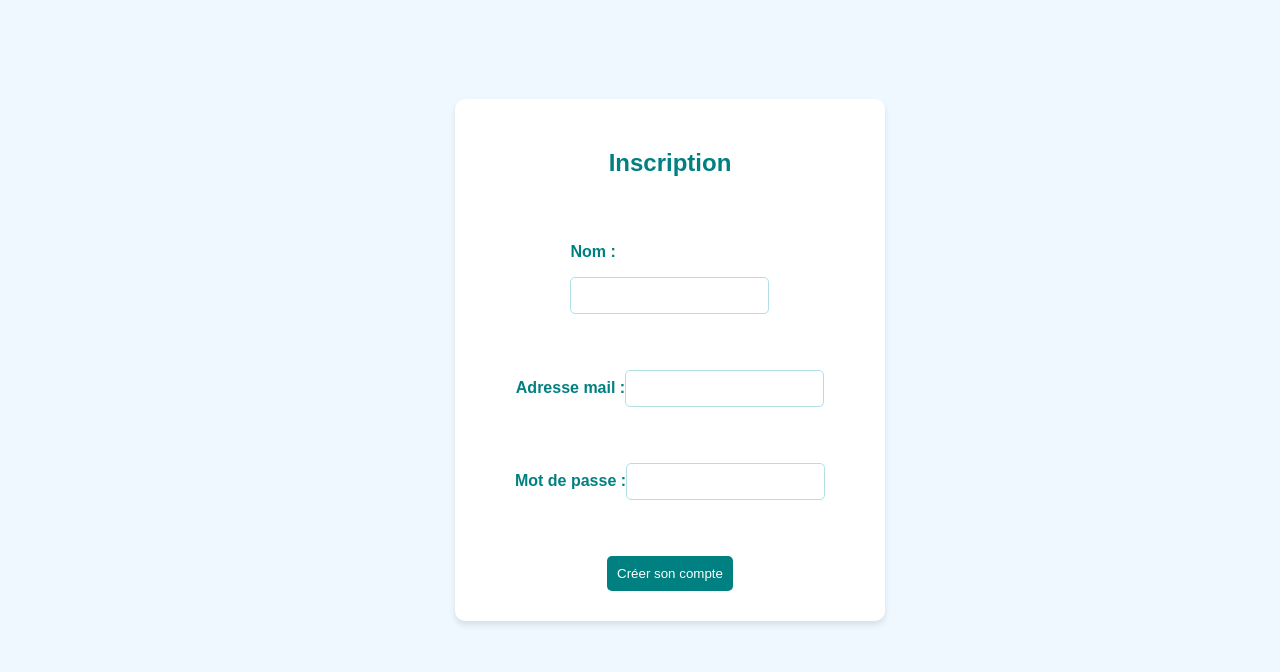
Repository: marwaouahouah1/OdysseyOfMemories
Page: /SignUpUser (app in frontend/)
The author's editor kept a copy of each file at every save. The page is drawn from the files as they stood at one save, then again after the next save.
The browser window is 1280 px wide. The pictures show the whole page.
The project was rebuilt for these pictures with package versions that can differ from the ones it lists, and the page was loaded fresh each time. Also part of the build but not shown: frontend/src/Connexion/Login.js, frontend/src/App.js, frontend/src/Profile/Profile.js.

Above is the page before, as saved 2023-04-01 17:41:50.

### frontend/src/index.js
import React from 'react';
import ReactDOM from 'react-dom/client';
import App from './App';
import reportWebVitals from './reportWebVitals';
import SignUpUser from './SignUp/SignUpUser';
import Login from './Connexion/Login';
import Profile from './Profile/Profile'
import { BrowserRouter, Routes, Route } from "react-router-dom";

const root = ReactDOM.createRoot(document.getElementById('root'));
root.render(
  <React.StrictMode>
    <BrowserRouter>
       <Routes>
        <Route path="/" element={<App/>} />
        <Route path="/SignUpUser" element={<SignUpUser/>}/>
        <Route path="/Login" element={<Login/>}/>
        <Route path="/Profile" element={<Profile/>}></Route>
      </Routes>
    </BrowserRouter>
  </React.StrictMode>
);

// If you want to start measuring performance in your app, pass a function
// to log results (for example: reportWebVitals(console.log))
// or send to an analytics endpoint. Learn more: https://bit.ly/CRA-vitals
reportWebVitals();

### frontend/src/SignUp/SignUpUser.js
import React, { useState } from 'react';
import "./signupuser.css"

function SignUpUser() {

  const [name, setName] = useState('');
  const [email, setEmail] = useState('');
  const [password, setPassword] = useState('');
  const [message, setMessage] = useState("");

  const handleSubmit = (event) => {
    event.preventDefault();
    fetch('SignUpUser', {
      method: 'POST',
      headers : {
        'Content-Type': 'application/json',
        'Accept': 'application/json'
      },
      body: JSON.stringify({ name, email, password })
    })
      .then(response => response.json())
      .then(data => {
        setMessage(data.message);
        console.log(data)
        console.log("test")
      });
  };

  return (
    <div className="signup-container">

    <div className='app'>
    <span style={{textAlign:"center", marginBottom:"20px"}}><h2>Inscription</h2></span>

    <form onSubmit={handleSubmit}>
      <label>
        <p>Nom :</p>
        <input
          type="text"
          value={name}
          onChange={(event) => setName(event.target.value)}
        />
      </label>
      <br /><br />
      <label>
        Adresse mail :
        <input
          type="email"
          value={email}
          onChange={(event) => setEmail(event.target.value)}
        />
      </label>
      <br /><br />
      <label>
        Mot de passe :
        <input
          type="password"
          value={password}
          onChange={(event) => setPassword(event.target.value)}
        />
      </label>
      <br /><br />
      <button type="submit">Créer son compte</button>
    </form>
    {/* Affichage du message de confirmation */}
    {message && <p>{message}</p>}
    </div>
    </div>

  );
}

export default SignUpUser;

### frontend/src/SignUp/signupuser.css
body {
    background-color: #f0f8ff;
    margin: 0;
    display: flex;
    justify-content: center;
    align-items: center;
    height: 100vh;
    font-family: Arial, sans-serif;
  }


.signup-container {
    width: 100%;
    max-width: 400px;
    background-color: #ffffff;
    padding: 30px;
    border-radius: 10px;
    box-shadow: 0 4px 6px rgba(0, 0, 0, 0.1);
  }


  h2 {
    color: #008080;
  }

  form {
    display: flex;
    flex-direction:column;
    align-items: center;
    margin-top: 50px;
  }


  label {
    color: #008080;
    font-weight: bold;
  }

  input {
    padding: 10px;
    border: 1px solid #b0e0e6;
    border-radius: 5px;
    margin-bottom: 20px;
  }

  button {
    background-color: #008080;
    color: white;
    border: none;
    border-radius: 5px;
    padding: 10px;
    cursor: pointer;
    transition: all 0.3s ease-in-out;
  }

  button:hover {
    background-color: #006666;
  }

  form label {

  }

Loaded but not shown: frontend/public/index.html (common file); frontend/src/reportWebVitals.js (common file); frontend/src/Profile/profile.css (no stored copy; drawn as an empty file)

After the next save:
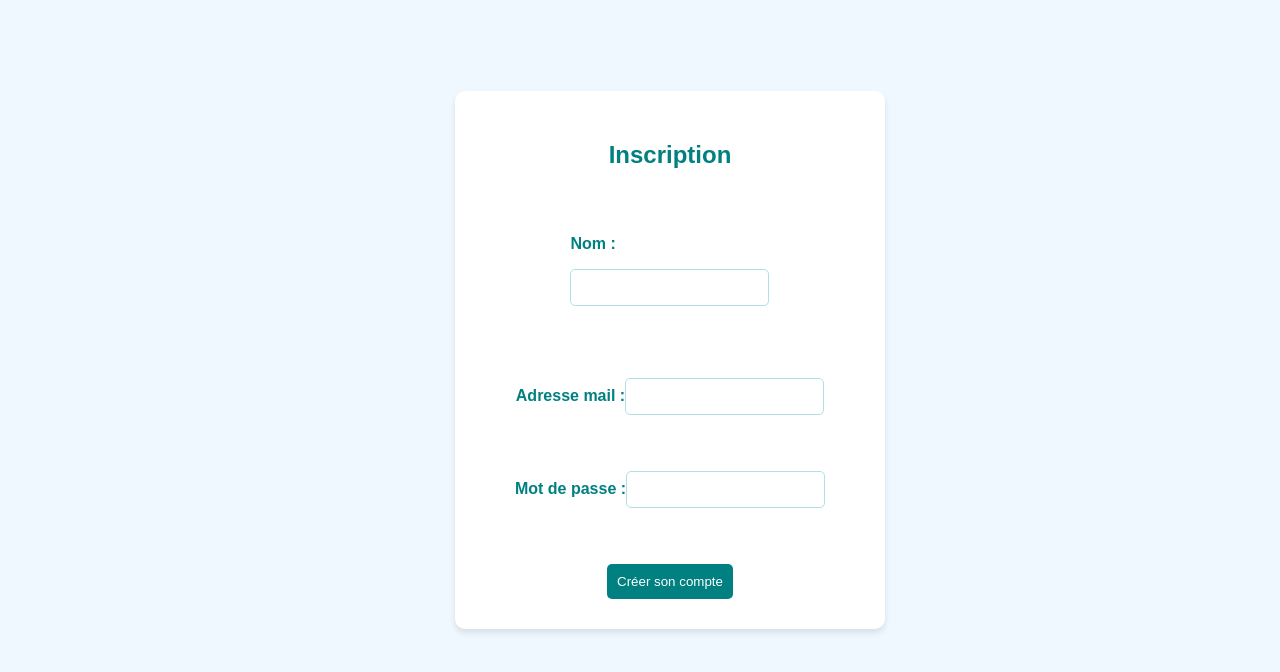
Saved 6 s later.
--- a/frontend/src/SignUp/SignUpUser.js
+++ b/frontend/src/SignUp/SignUpUser.js
@@ -43,7 +43,7 @@ function SignUpUser() {
       </label>
       <br /><br />
       <label>
-        Adresse mail :
+        <p></p>Adresse mail :
         <input
           type="email"
           value={email}
